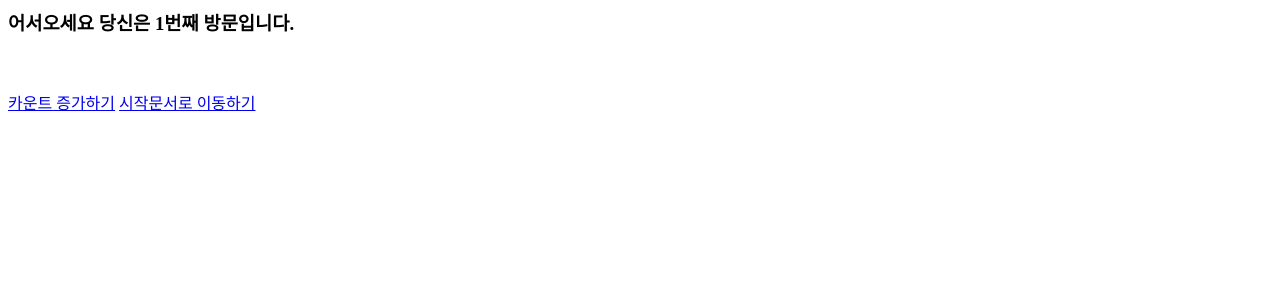
Repository: kdh4357065/3_highjava
Page: http://localhost/webTest/cookieCount.do
These files come from the project's save history. The page is drawn as it stood at one moment and after the next save; the edit follows.
The browser window is 1280 px wide. The pictures show the whole page.
The page is served by Tomcat 9. Other server files are loaded and not shown.

Above is the page before, as saved 2023-03-30 00:26:51.

### WorkSpace/webTest/src/main/java/kr/or/ddit/basic/cookie/CookieCount.java
package kr.or.ddit.basic.cookie;

import java.io.IOException;
import java.io.PrintWriter;

import javax.servlet.ServletException;
import javax.servlet.annotation.WebServlet;
import javax.servlet.http.Cookie;
import javax.servlet.http.HttpServlet;
import javax.servlet.http.HttpServletRequest;
import javax.servlet.http.HttpServletResponse;

@WebServlet("/cookieCount.do")
public class CookieCount extends HttpServlet {
	private static final long serialVersionUID = 1L;

	protected void doGet(HttpServletRequest request, HttpServletResponse response) throws ServletException, IOException {
		request.setCharacterEncoding("utf-8");
		response.setCharacterEncoding("utf-8");

		response.setContentType("text/html; charset=utf-8");
		PrintWriter out = response.getWriter();

		int count = 0;	//현재 count값이 저장될 변수

		//쿠키이름을 count로 한다. ==> 현재 이 쿠키가 있는지 검사한다.
		Cookie[] cookieArr =request.getCookies();
		if(cookieArr!=null) {
			for(Cookie cookie : cookieArr) {
				if("count".equals(cookie.getName())) {// 'count'라는 쿠키가 있는지 검사
					String value = cookie.getValue(); //현재의 쿠키값 가져오기
					count = Integer.parseInt(value);

				}
			}
		}

		count++; //count 증가

		//증가된 값을 쿠키값으로 갖는 Cookie객체 생성

		Cookie countCookie = new Cookie("count", String.valueOf(count));

		//생성된 쿠키정보 저장하기
		response.addCookie(countCookie);
		out.println("<html><head><meta charset='utf-8'><title>쿠키연습</title></head>");
		out.println("<body>");
		out.println("<h3>어서오세요 당신은 "+ count +"번째 방문입니다.</h3><br><br>");

		out.println("<a href='"+request.getContextPath()+
				"/kr/or/ddit/basic/cookie/cookieTest01.jsp'>카운트 증가하기</a>");

		out.println("<a href='"+request.getContextPath()+
				"/basic/cookie/cookieCount.jsp'>시작문서로 이동하기</a>");


		out.println("</body></html>");
	}

	protected void doPost(HttpServletRequest request, HttpServletResponse response) throws ServletException, IOException {
		// TODO Auto-generated method stub
		doGet(request, response);
	}

}

After the next save:
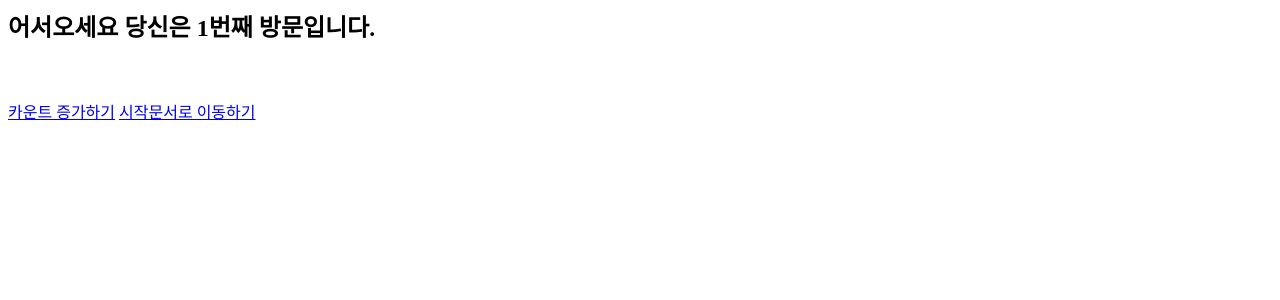
Saved 11 s later.
--- a/WorkSpace/webTest/src/main/java/kr/or/ddit/basic/cookie/CookieCount.java
+++ b/WorkSpace/webTest/src/main/java/kr/or/ddit/basic/cookie/CookieCount.java
@@ -45,7 +45,7 @@ public class CookieCount extends HttpServlet {
 		response.addCookie(countCookie);
 		out.println("<html><head><meta charset='utf-8'><title>쿠키연습</title></head>");
 		out.println("<body>");
-		out.println("<h3>어서오세요 당신은 "+ count +"번째 방문입니다.</h3><br><br>");
+		out.println("<h2>어서오세요 당신은 "+ count +"번째 방문입니다.</h2><br><br>");
 
 		out.println("<a href='"+request.getContextPath()+
 				"/kr/or/ddit/basic/cookie/cookieTest01.jsp'>카운트 증가하기</a>");
